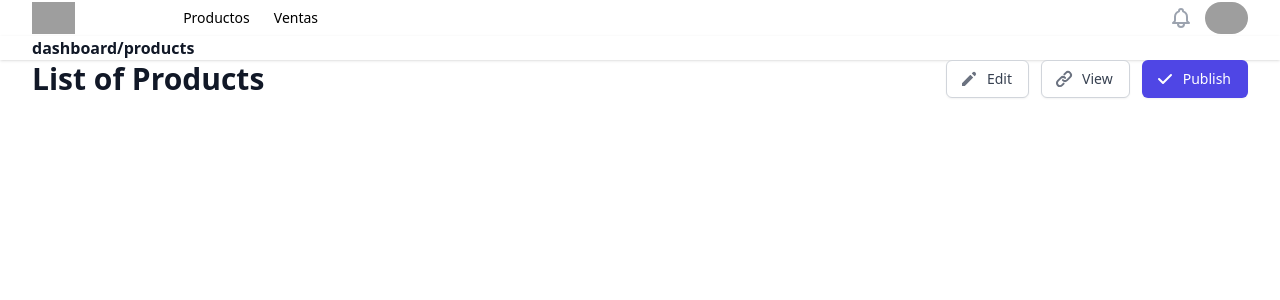
Repository: pvelosa/next-dashboard
Page: /dashboard/products/
These files come from the project's save history. The page is drawn as it stood at one moment and after the next save; the edit follows.
The browser window is 1280 px wide. The pictures show the whole page.
Pictures or frames that could not be fetched are drawn as grey boxes. The page's requests for data from a server got no answer. The project was rebuilt for these pictures with package versions that can differ from the ones it lists, and the page was loaded fresh each time. The framework's server and built-in components were replaced by stand-ins that run in the browser. No one was signed in, and anything a server would have sent is missing. Also part of the build but not shown: next.config.js.

Above is the page before, as saved 2022-06-03 00:35:38.

### pages/_app.js
import { ProviderAuth } from "../hooks/useAuth";
import "../src/styles/globals.css";
import MainLayout from "../layout/MainLayout";

function MyApp({ Component, pageProps }) {
  return (
    <>
      <ProviderAuth>
        <MainLayout>
          <Component {...pageProps} />
        </MainLayout>
      </ProviderAuth>
    </>
  );
}

export default MyApp;

### pages/dashboard/products.js
//quiero agregar, eliminar y actualizar un product

import { useState } from "react";
import { Fragment } from 'react'
import {
  BriefcaseIcon,
  CalendarIcon,
  CheckIcon,
  ChevronDownIcon,
  CurrencyDollarIcon,
  LinkIcon,
  LocationMarkerIcon,
  PencilIcon,
} from '@heroicons/react/solid'
import { Menu, Transition } from '@headlessui/react'

function classNames(...classes) {
  return classes.filter(Boolean).join(' ')
}

export default function Product() {
  const [products, setProducts] = useState([]);

  return (
    <>
      <div className="lg:flex lg:items-center lg:justify-between">
      <div className="flex-1 min-w-0">
        <h2 className="text-2xl font-bold leading-7 text-gray-900 sm:text-3xl sm:truncate">List of Products</h2>
      </div>
      <div className="mt-5 flex lg:mt-0 lg:ml-4">
        <span className="hidden sm:block">
          <button
            type="button"
            className="inline-flex items-center px-4 py-2 border border-gray-300 rounded-md shadow-sm text-sm font-medium text-gray-700 bg-white hover:bg-gray-50 focus:outline-none focus:ring-2 focus:ring-offset-2 focus:ring-indigo-500"
          >
            <PencilIcon className="-ml-1 mr-2 h-5 w-5 text-gray-500" aria-hidden="true" />
            Edit
          </button>
        </span>

        <span className="hidden sm:block ml-3">
          <button
            type="button"
            className="inline-flex items-center px-4 py-2 border border-gray-300 rounded-md shadow-sm text-sm font-medium text-gray-700 bg-white hover:bg-gray-50 focus:outline-none focus:ring-2 focus:ring-offset-2 focus:ring-indigo-500"
          >
            <LinkIcon className="-ml-1 mr-2 h-5 w-5 text-gray-500" aria-hidden="true" />
            View
          </button>
        </span>

        <span className="sm:ml-3">
          <button
            type="button"
            className="inline-flex items-center px-4 py-2 border border-transparent rounded-md shadow-sm text-sm font-medium text-white bg-indigo-600 hover:bg-indigo-700 focus:outline-none focus:ring-2 focus:ring-offset-2 focus:ring-indigo-500"
          >
            <CheckIcon className="-ml-1 mr-2 h-5 w-5" aria-hidden="true" />
            Publish
          </button>
        </span>

        {/* Dropdown */}
        <Menu as="div" className="ml-3 relative sm:hidden">
          <Menu.Button className="inline-flex items-center px-4 py-2 border border-gray-300 rounded-md shadow-sm text-sm font-medium text-gray-700 bg-white hover:bg-gray-50 focus:outline-none focus:ring-2 focus:ring-offset-2 focus:ring-indigo-500">
            More
            <ChevronDownIcon className="-mr-1 ml-2 h-5 w-5 text-gray-500" aria-hidden="true" />
          </Menu.Button>

          <Transition
            as={Fragment}
            enter="transition ease-out duration-200"
            enterFrom="transform opacity-0 scale-95"
            enterTo="transform opacity-100 scale-100"
            leave="transition ease-in duration-75"
            leaveFrom="transform opacity-100 scale-100"
            leaveTo="transform opacity-0 scale-95"
          >
            <Menu.Items className="origin-top-right absolute right-0 mt-2 -mr-1 w-48 rounded-md shadow-lg py-1 bg-white ring-1 ring-black ring-opacity-5 focus:outline-none">
              <Menu.Item>
                {({ active }) => (
                  <a
                    href="#"
                    className={classNames(active ? 'bg-gray-100' : '', 'block px-4 py-2 text-sm text-gray-700')}
                  >
                    Edit
                  </a>
                )}
              </Menu.Item>
              <Menu.Item>
                {({ active }) => (
                  <a
                    href="#"
                    className={classNames(active ? 'bg-gray-100' : '', 'block px-4 py-2 text-sm text-gray-700')}
                  >
                    View
                  </a>
                )}
              </Menu.Item>
            </Menu.Items>
          </Transition>
        </Menu>
      </div>
    </div>
    </>
  );
}

### hooks/useAuth.js
import react, { useState, useContext, createContext } from "react";
import Cookie from "js-cookie";
import axios from "axios";
import endPoints from "../services/api/";

const AuthContext = createContext();

export function ProviderAuth({ children }) {
  const auth = useProviderAuth();
  return <AuthContext.Provider value={auth}>{children}</AuthContext.Provider>;
}

export const useAuth = () => {
  return useContext(AuthContext);
};

function useProviderAuth() {
  const [user, setUser] = useState(null);
  const signin = async (email, password) => {
    //empezar a construir la app aquí
    const options = {
      headers: {
        accept: "*/*",
        "Content-Type": "application/json",
      },
    };
    const { data: access_token } = await axios.post(
      endPoints.auth.login,
      { email, password },
      options
    );
    //guarda el token como una cookie
    if (access_token) {
        const token = access_token.access_token
      Cookie.set("token", token, { expires: 5 });
    console.log(user)
      //tenga un default para que se autorice
      axios.defaults.headers.Authorization = `Bearer ${token}`;
      const {data:user} = await axios.get(endPoints.auth.profile)
      setUser(user);
    }
  };
  return {
    user,
    signin,
  };
}

### layout/MainLayout.js
import Header from '../components/Header';
import Nav from '../common/Nav'

export default function MainLayout({ children }) {
  return (
    <>
      <div className="min-h-full">
        <Header/>
        <Nav/>
        <main>
          <div className="max-w-7xl mx-auto py-6 lg:px-8">{children}</div>
        </main>
      </div>
    </>
  );
}

### services/api/index.js
const API = process.env.NEXT_PUBLIC_API_URL;
const VERSION = process.env.NEXT_PUBLIC_API_VERSION;

const endPoints = {
    auth: {
        login: `${API}/api/${VERSION}/auth/login`,
        profile: `${API}/api/${VERSION}/auth/profile`
    },
    categories:{
        getCategories: `${API}/api/${VERSION}/categories`,
        postCategories: `${API}/api/${VERSION}/categories`,
        getCategorie: (id) =>  `${API}/api/${VERSION}/categories/${id}`,
        putCategorie: (id) =>  `${API}/api/${VERSION}/categories/${id}`,
        getCategorieProducts: (id) =>  `${API}/api/${VERSION}/categories/${id}/products`
    },
    files:{
        postFiles:  `${API}/api/${VERSION}/files/upload`,
        getFile: (filename) =>  `${API}/api/${VERSION}/files/${filename}`,
    },
    products: {
        getProducts: (limit, offset) => `${API}/api/${VERSION}/products?limit=${limit}&offset=${offset} `,
        postProducts:  `${API}/api/${VERSION}/products/`,
        getProduct: (id) =>  `${API}/api/${VERSION}/products/${id}`,
        putProduct: (id) =>  `${API}/api/${VERSION}/products/${id}`,
        deleteProduct: (id) =>  `${API}/api/${VERSION}/products/${id}`,
    },
    users: {
        getUsers:  `${API}/api/${VERSION}/users/`,
        postUsers:  `${API}/api/${VERSION}/users/`,
        getProduct: `${API}/api/${VERSION}/users/is-available`,
    }

};

export default endPoints;

### components/Header.js
import { Fragment } from 'react';
import { useAuth } from '../hooks/useAuth';
import { Disclosure, Menu, Transition } from '@headlessui/react';
import { BellIcon, MenuIcon, XIcon } from '@heroicons/react/outline';


const navigation = [
  { name: 'Dashboard', href: '#', current: true },
  { name: 'Productos', href: '/dashboard/products/', current: false },
  { name: 'Ventas', href: '#', current: false },
];
const userNavigation = [
  { name: 'Your Profile', href: '#' },
  { name: 'Settings', href: '#' },
  { name: 'Sign out', href: '#' },
];

function classNames(...classes) {
  return classes.filter(Boolean).join(' ');
}

export default function Header() {
    const auth = useAuth;
    const userData = {
        name: auth?.user?.name,
        email: auth?.user?.email,
        imageUrl: `https://ui-avatars.com/api/?name=${auth?.user?.name}`,
      };
  return (
    <>
      <Disclosure as="nav" className="bg-gray-800">
        {({ open }) => (
          <>
            <div className="max-w-7xl mx-auto px-4 sm:px-6 lg:px-8">
              <div className="flex items-center justify-between h-16">
                <div className="flex items-center">
                  <div className="flex-shrink-0">
                    <img className="h-8 w-8" src="https://tailwindui.com/img/logos/workflow-mark-indigo-500.svg" alt="Workflow" />
                  </div>
                  <div className="hidden md:block">
                    <div className="ml-10 flex items-baseline space-x-4">
                      {navigation.map((item) => (
                        <a
                          key={item.name}
                          href={item.href}
                          className={classNames(item.current ? 'bg-gray-900 text-white' : 'text-gray-300 hover:bg-gray-700 hover:text-white', 'px-3 py-2 rounded-md text-sm font-medium')}
                          aria-current={item.current ? 'page' : undefined}
                        >
                          {item.name}
                        </a>
                      ))}
                    </div>
                  </div>
                </div>
                <div className="hidden md:block">
                  <div className="ml-4 flex items-center md:ml-6">
                    <button
                      type="button"
                      className="bg-gray-800 p-1 rounded-full text-gray-400 hover:text-white focus:outline-none focus:ring-2 focus:ring-offset-2 focus:ring-offset-gray-800 focus:ring-white"
                    >
                      <span className="sr-only">View notifications</span>
                      <BellIcon className="h-6 w-6" aria-hidden="true" />
                    </button>

                    {/* Profile dropdown */}
                    <Menu as="div" className="ml-3 relative">
                      <div>
                        <Menu.Button className="max-w-xs bg-gray-800 rounded-full flex items-center text-sm focus:outline-none focus:ring-2 focus:ring-offset-2 focus:ring-offset-gray-800 focus:ring-white">
                          <span className="sr-only">Open user menu</span>
                          <img className="h-8 w-8 rounded-full" src={userData.imageUrl} alt="" />
                        </Menu.Button>
                      </div>
                      <Transition
                        as={Fragment}
                        enter="transition ease-out duration-100"
                        enterFrom="transform opacity-0 scale-95"
                        enterTo="transform opacity-100 scale-100"
                        leave="transition ease-in duration-75"
                        leaveFrom="transform opacity-100 scale-100"
                        leaveTo="transform opacity-0 scale-95"
                      >
                        <Menu.Items className="origin-top-right absolute right-0 mt-2 w-48 rounded-md shadow-lg py-1 bg-white ring-1 ring-black ring-opacity-5 focus:outline-none">
                          {userNavigation.map((item) => (
                            <Menu.Item key={item.name}>
                              {({ active }) => (
                                <a href={item.href} className={classNames(active ? 'bg-gray-100' : '', 'block px-4 py-2 text-sm text-gray-700')}>
                                  {item.name}
                                </a>
                              )}
                            </Menu.Item>
                          ))}
                        </Menu.Items>
                      </Transition>
                    </Menu>
                  </div>
                </div>
                <div className="-mr-2 flex md:hidden">
                  {/* Mobile menu button */}
                  <Disclosure.Button className="bg-gray-800 inline-flex items-center justify-center p-2 rounded-md text-gray-400 hover:text-white hover:bg-gray-700 focus:outline-none focus:ring-2 focus:ring-offset-2 focus:ring-offset-gray-800 focus:ring-white">
                    <span className="sr-only">Open main menu</span>
                    {open ? <XIcon className="block h-6 w-6" aria-hidden="true" /> : <MenuIcon className="block h-6 w-6" aria-hidden="true" />}
                  </Disclosure.Button>
                </div>
              </div>
            </div>

            <Disclosure.Panel className="md:hidden">
              <div className="px-2 pt-2 pb-3 space-y-1 sm:px-3">
                {navigation.map((item) => (
                  <Disclosure.Button
                    key={item.name}
                    as="a"
                    href={item.href}
                    className={classNames(item.current ? 'bg-gray-900 text-white' : 'text-gray-300 hover:bg-gray-700 hover:text-white', 'block px-3 py-2 rounded-md text-base font-medium')}
                    aria-current={item.current ? 'page' : undefined}
                  >
                    {item.name}
                  </Disclosure.Button>
                ))}
              </div>
              <div className="pt-4 pb-3 border-t border-gray-700">
                <div className="flex items-center px-5">
                  <div className="flex-shrink-0">
                    <img className="h-10 w-10 rounded-full" src={userData.imageUrl} alt="" />
                  </div>
                  <div className="ml-3">
                    <div className="text-base font-medium leading-none text-white">{userData.name}</div>
                    <div className="text-sm font-medium leading-none text-gray-400">{userData.email}</div>
                  </div>
                  <button
                    type="button"
                    className="ml-auto bg-gray-800 flex-shrink-0 p-1 rounded-full text-gray-400 hover:text-white focus:outline-none focus:ring-2 focus:ring-offset-2 focus:ring-offset-gray-800 focus:ring-white"
                  >
                    <span className="sr-only">View notifications</span>
                    <BellIcon className="h-6 w-6" aria-hidden="true" />
                  </button>
                </div>
                <div className="mt-3 px-2 space-y-1">
                  {userNavigation.map((item) => (
                    <Disclosure.Button key={item.name} as="a" href={item.href} className="block px-3 py-2 rounded-md text-base font-medium text-gray-400 hover:text-white hover:bg-gray-700">
                      {item.name}
                    </Disclosure.Button>
                  ))}
                </div>
              </div>
            </Disclosure.Panel>
          </>
        )}
      </Disclosure>
    </>
  );
}

### tailwind.config.js
module.exports = {
  content: [
    "./pages/**/*.{js,ts,jsx,tsx}",
  ],
  theme: {
    extend: {},
  },
  plugins: [],
}

Loaded but not shown: src/styles/globals.css (common file); common/Nav.js (common file)

After the next save:
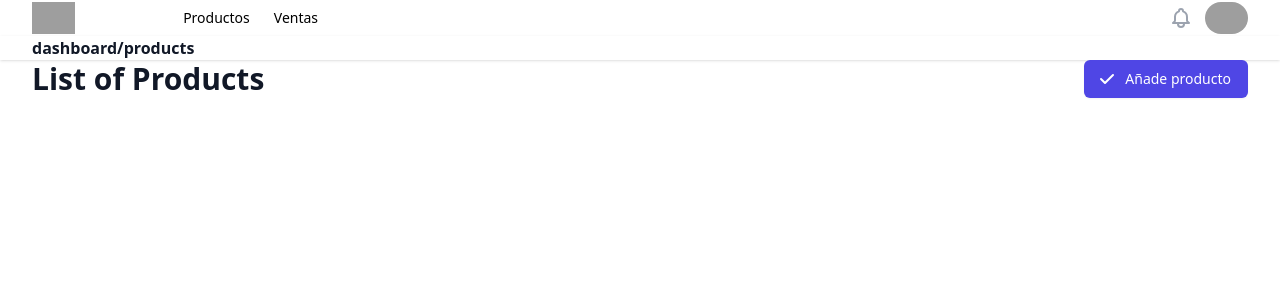
Saved 95 s later.
--- a/pages/dashboard/products.js
+++ b/pages/dashboard/products.js
@@ -3,16 +3,10 @@
 import { useState } from "react";
 import { Fragment } from 'react'
 import {
-  BriefcaseIcon,
-  CalendarIcon,
+
   CheckIcon,
-  ChevronDownIcon,
-  CurrencyDollarIcon,
-  LinkIcon,
-  LocationMarkerIcon,
-  PencilIcon,
+
 } from '@heroicons/react/solid'
-import { Menu, Transition } from '@headlessui/react'
 
 function classNames(...classes) {
   return classes.filter(Boolean).join(' ')
@@ -28,25 +22,6 @@ export default function Product() {
         <h2 className="text-2xl font-bold leading-7 text-gray-900 sm:text-3xl sm:truncate">List of Products</h2>
       </div>
       <div className="mt-5 flex lg:mt-0 lg:ml-4">
-        <span className="hidden sm:block">
-          <button
-            type="button"
-            className="inline-flex items-center px-4 py-2 border border-gray-300 rounded-md shadow-sm text-sm font-medium text-gray-700 bg-white hover:bg-gray-50 focus:outline-none focus:ring-2 focus:ring-offset-2 focus:ring-indigo-500"
-          >
-            <PencilIcon className="-ml-1 mr-2 h-5 w-5 text-gray-500" aria-hidden="true" />
-            Edit
-          </button>
-        </span>
-
-        <span className="hidden sm:block ml-3">
-          <button
-            type="button"
-            className="inline-flex items-center px-4 py-2 border border-gray-300 rounded-md shadow-sm text-sm font-medium text-gray-700 bg-white hover:bg-gray-50 focus:outline-none focus:ring-2 focus:ring-offset-2 focus:ring-indigo-500"
-          >
-            <LinkIcon className="-ml-1 mr-2 h-5 w-5 text-gray-500" aria-hidden="true" />
-            View
-          </button>
-        </span>
 
         <span className="sm:ml-3">
           <button
@@ -54,50 +29,11 @@ export default function Product() {
             className="inline-flex items-center px-4 py-2 border border-transparent rounded-md shadow-sm text-sm font-medium text-white bg-indigo-600 hover:bg-indigo-700 focus:outline-none focus:ring-2 focus:ring-offset-2 focus:ring-indigo-500"
           >
             <CheckIcon className="-ml-1 mr-2 h-5 w-5" aria-hidden="true" />
-            Publish
+            Añade producto
           </button>
         </span>
 
-        {/* Dropdown */}
-        <Menu as="div" className="ml-3 relative sm:hidden">
-          <Menu.Button className="inline-flex items-center px-4 py-2 border border-gray-300 rounded-md shadow-sm text-sm font-medium text-gray-700 bg-white hover:bg-gray-50 focus:outline-none focus:ring-2 focus:ring-offset-2 focus:ring-indigo-500">
-            More
-            <ChevronDownIcon className="-mr-1 ml-2 h-5 w-5 text-gray-500" aria-hidden="true" />
-          </Menu.Button>
 
-          <Transition
-            as={Fragment}
-            enter="transition ease-out duration-200"
-            enterFrom="transform opacity-0 scale-95"
-            enterTo="transform opacity-100 scale-100"
-            leave="transition ease-in duration-75"
-            leaveFrom="transform opacity-100 scale-100"
-            leaveTo="transform opacity-0 scale-95"
-          >
-            <Menu.Items className="origin-top-right absolute right-0 mt-2 -mr-1 w-48 rounded-md shadow-lg py-1 bg-white ring-1 ring-black ring-opacity-5 focus:outline-none">
-              <Menu.Item>
-                {({ active }) => (
-                  <a
-                    href="#"
-                    className={classNames(active ? 'bg-gray-100' : '', 'block px-4 py-2 text-sm text-gray-700')}
-                  >
-                    Edit
-                  </a>
-                )}
-              </Menu.Item>
-              <Menu.Item>
-                {({ active }) => (
-                  <a
-                    href="#"
-                    className={classNames(active ? 'bg-gray-100' : '', 'block px-4 py-2 text-sm text-gray-700')}
-                  >
-                    View
-                  </a>
-                )}
-              </Menu.Item>
-            </Menu.Items>
-          </Transition>
-        </Menu>
       </div>
     </div>
     </>
